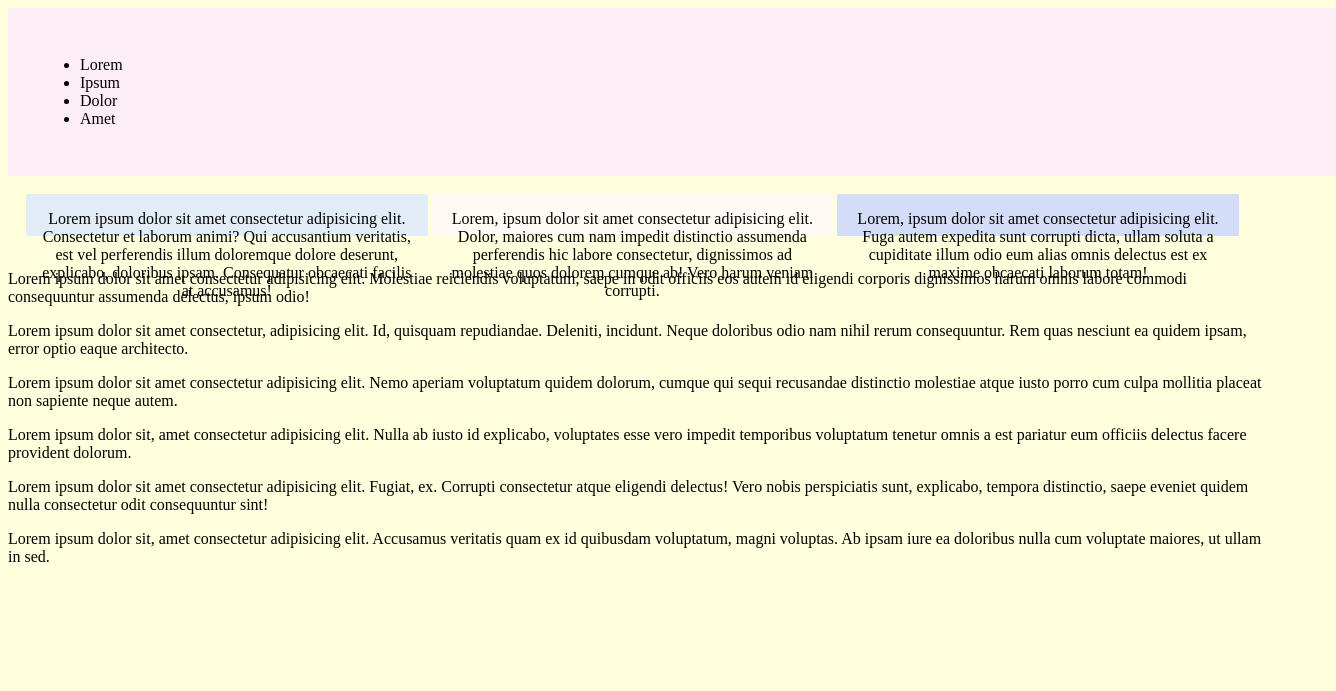
Repository: HTML-a-CSS-2/projekt-portfolio-Angelina555555
Page: .github/index.html
These files come from the project's save history. The page is drawn as it stood at one moment and after the next save; the edit follows.
The browser window is 1280 px wide. The page is 1336 px wide, so the pictures cover 1336 px, including what lies to the right of the window. The pictures show the whole page.

Above is the page before, as saved 2022-05-07 22:55:07.

### .github/index.html
<!DOCTYPE html>
<html lang="en">
  <head>
    <meta charset="UTF-8" />
    <meta http-equiv="X-UA-Compatible" content="IE=edge" />
    <meta name="viewport" content="width=device-width, initial-scale=1.0" />
    <link rel="stylesheet" href="default.css" />
    <title>Document</title>
  </head>
  <body>
    <div class="menu">
      <ul id="menu">
        <li>Lorem</li>
        <li>Ipsum</li>
        <li>Dolor</li>
        <li>Amet</li>
      </ul>
    </div>
    <div class="article">
      <div class="article__element-jeden article__element-jeden--blue">
        Lorem ipsum dolor sit amet consectetur adipisicing elit. Consectetur et
        laborum animi? Qui accusantium veritatis, est vel perferendis illum
        doloremque dolore deserunt, explicabo, doloribus ipsam. Consequatur
        obcaecati facilis at accusamus!
      </div>
      <div class="article__element-dva article__element-dva--pink">
        Lorem, ipsum dolor sit amet consectetur adipisicing elit. Dolor, maiores
        cum nam impedit distinctio assumenda perferendis hic labore consectetur,
        dignissimos ad molestiae quos dolorem cumque ab! Vero harum veniam
        corrupti.
      </div>
      <div class="article__element-tri article__element-tri--purple">
        Lorem, ipsum dolor sit amet consectetur adipisicing elit. Fuga autem
        expedita sunt corrupti dicta, ullam soluta a cupiditate illum odio eum
        alias omnis delectus est ex maxime obcaecati laborum totam!
      </div>
    </div>
    <div class="age">
      <p class="age__element-ctyri">
        Lorem ipsum dolor sit amet consectetur adipisicing elit. Molestiae
        reiciendis voluptatum, saepe in odit officiis eos autem id eligendi
        corporis dignissimos harum omnis labore commodi consequuntur assumenda
        delectus, ipsum odio!
      </p>
      <p class="age__element-pet">
        Lorem ipsum dolor sit amet consectetur, adipisicing elit. Id, quisquam
        repudiandae. Deleniti, incidunt. Neque doloribus odio nam nihil rerum
        consequuntur. Rem quas nesciunt ea quidem ipsam, error optio eaque
        architecto.
      </p>
    </div>
    <div class="leader">
      <p class="leader__element-sest">
        Lorem ipsum dolor sit amet consectetur adipisicing elit. Nemo aperiam
        voluptatum quidem dolorum, cumque qui sequi recusandae distinctio
        molestiae atque iusto porro cum culpa mollitia placeat non sapiente
        neque autem.
      </p>
      <p class="leader__element-sedm">
        Lorem ipsum dolor sit, amet consectetur adipisicing elit. Nulla ab iusto
        id explicabo, voluptates esse vero impedit temporibus voluptatum tenetur
        omnis a est pariatur eum officiis delectus facere provident dolorum.
      </p>
    </div>
    <div class="blok-posledni">
      <p class="blok-posledni__element-osm">
        Lorem ipsum dolor sit amet consectetur adipisicing elit. Fugiat, ex.
        Corrupti consectetur atque eligendi delectus! Vero nobis perspiciatis
        sunt, explicabo, tempora distinctio, saepe eveniet quidem nulla
        consectetur odit consequuntur sint!
      </p>
      <p class="blok-posledni__element-devet">
        Lorem ipsum dolor sit, amet consectetur adipisicing elit. Accusamus
        veritatis quam ex id quibusdam voluptatum, magni voluptas. Ab ipsam iure
        ea doloribus nulla cum voluptate maiores, ut ullam in sed.
      </p>
    </div>
  </body>
</html>

### .github/default.css
body {
  background-color: #ffffdd;
}

.menu {
  width: 100%;
  background-color: #fdedf5;
  padding: 2rem;
}

.article {
  padding: 1rem;
  display: flex;
  flex-wrap: wrap;
  text-align: center;
}

.article__element-jeden,
.article__element-dva,
.article__element-tri {
  padding: 1rem 1rem;
  margin: 2px;
  width: 30%;
  height: 10px;
}

.article__element-jeden--blue {
  background-color: #e1ecf6;
}
.article__element-dva--pink {
  background-color: #fffbf4;
}
.article__element-tri--purple {
  background-color: #d4ddf7;
}

After the next save:
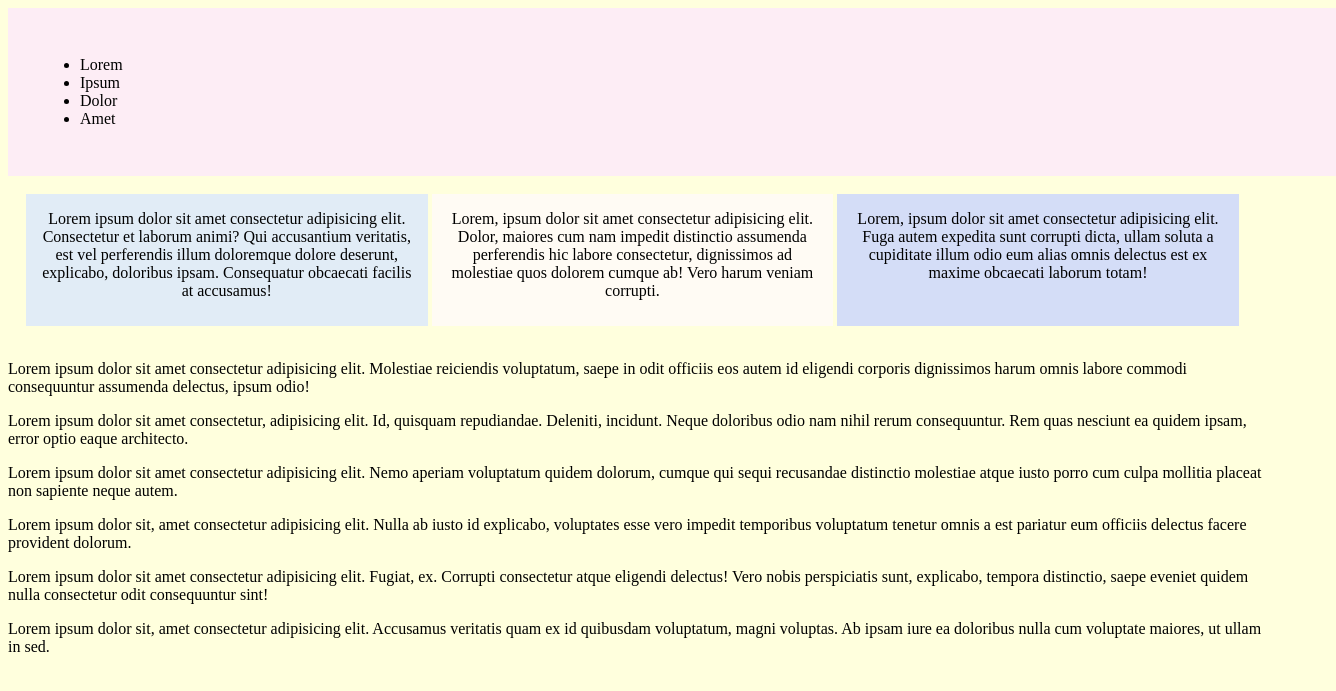
Saved 4 s later.
--- a/.github/default.css
+++ b/.github/default.css
@@ -21,7 +21,7 @@ body {
   padding: 1rem 1rem;
   margin: 2px;
   width: 30%;
-  height: 10px;
+  height: 100px;
 }
 
 .article__element-jeden--blue {
